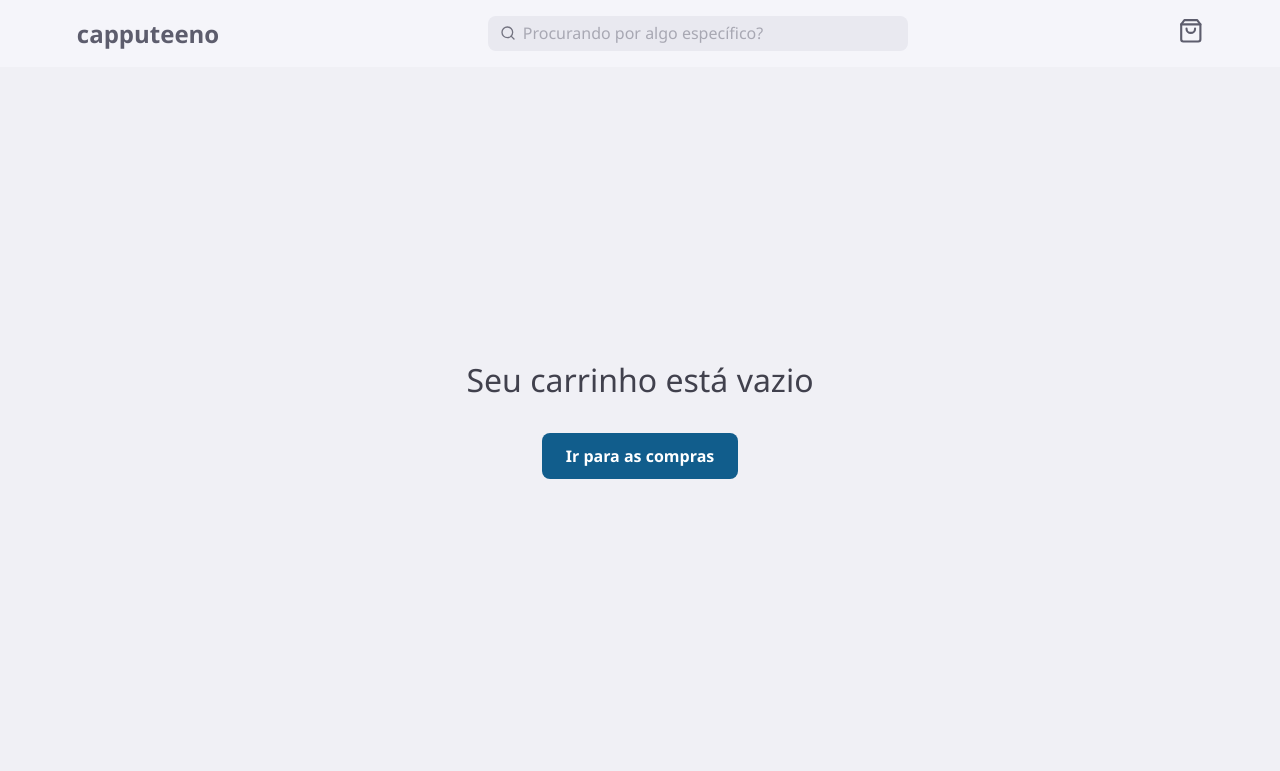
Repository: Biel-barbosa/capputeenoecomerce
Page: /cart
An editor plug-in stored every save of this project. The page is shown before and after the next save, followed by the edit.
The browser window is 1280 px wide. The pictures show the whole page.
Some web fonts or font styles are not loaded; a fallback is used. The project was rebuilt for these pictures with package versions that can differ from the ones it lists, and the page was loaded fresh each time. The framework's server and built-in components were replaced by stand-ins that run in the browser. Also part of the build but not shown: next.config.ts.

Above is the page before, as saved 2025-04-25 15:33:08.

After the next save:
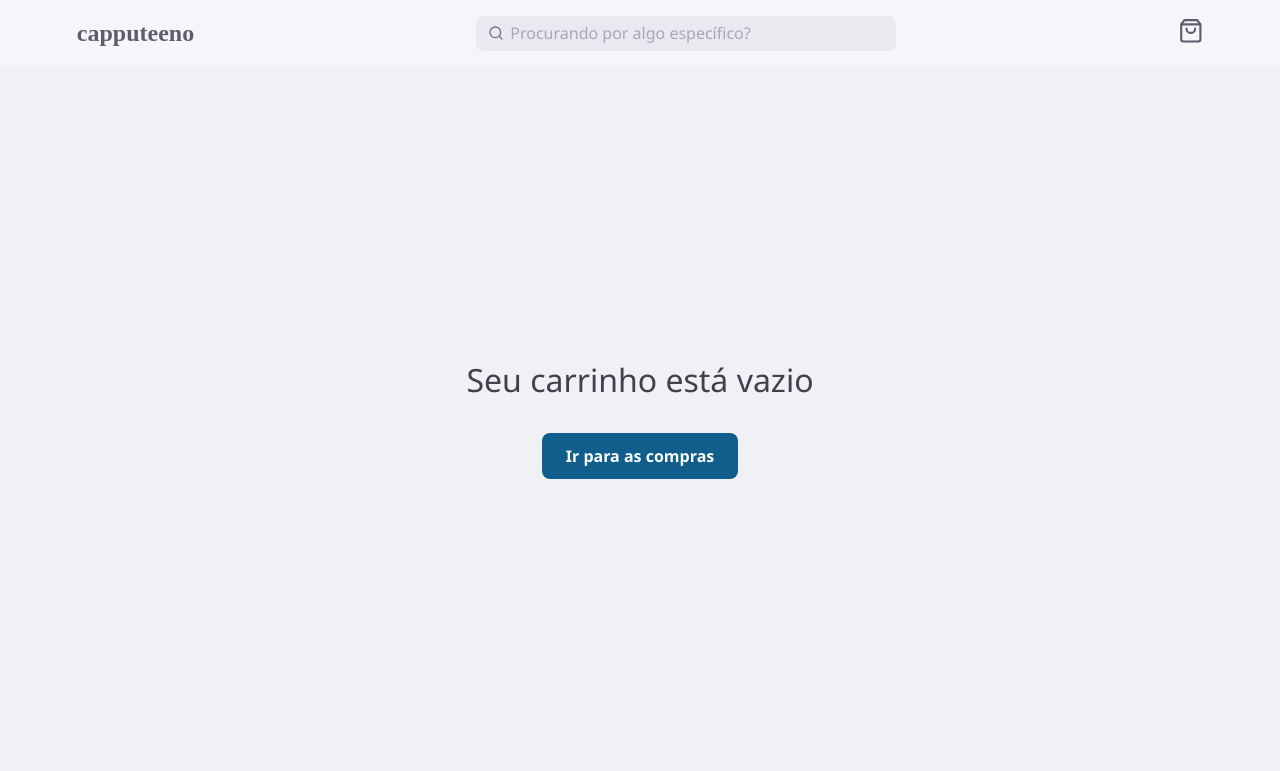
Saved 45 s later.
--- a/src/components/Header.tsx
+++ b/src/components/Header.tsx
@@ -37,6 +37,7 @@
   font-weight: 600;
   color: #5d5d6d;
   white-space: nowrap;
+    font-family: var(--font-saira-stencil);
 
   @media (max-width: 768px) {
     font-size: 1.2rem;

After the save that followed:
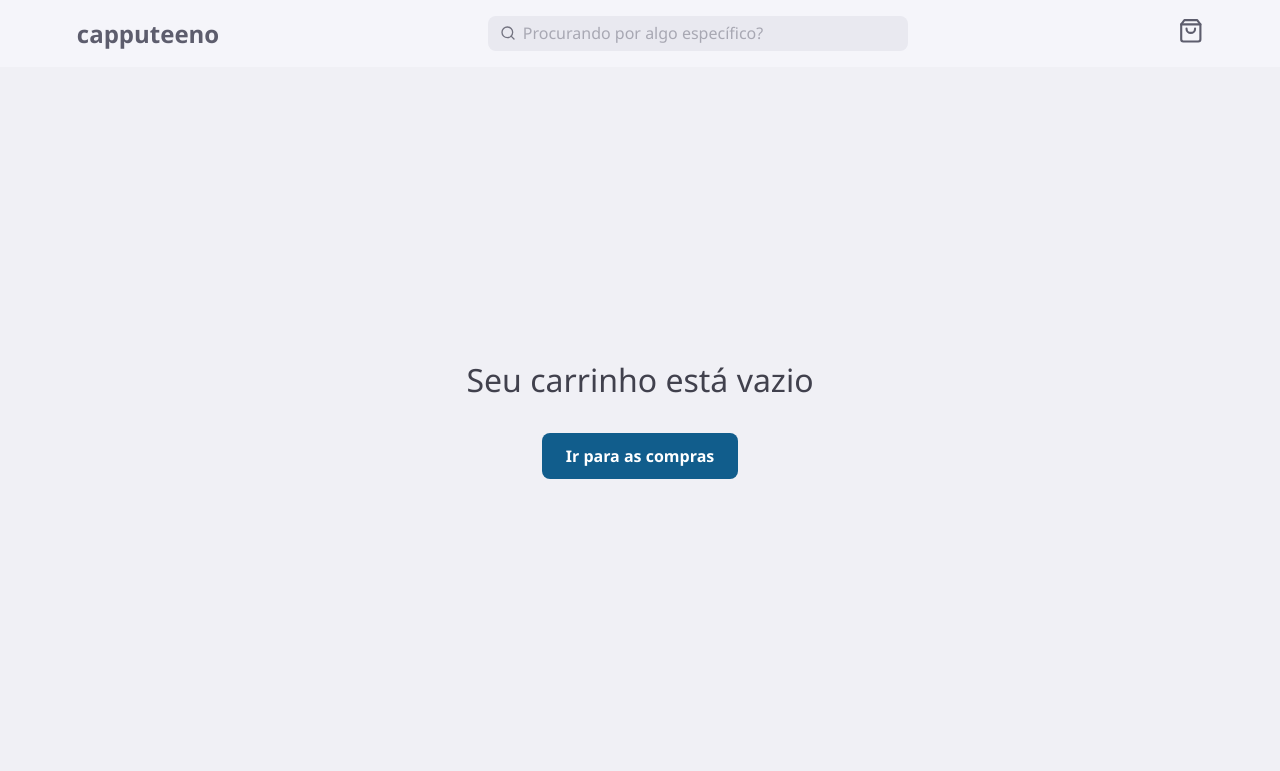
Saved 12 s later.
--- a/src/components/Header.tsx
+++ b/src/components/Header.tsx
@@ -37,7 +37,7 @@
   font-weight: 600;
   color: #5d5d6d;
   white-space: nowrap;
-    font-family: var(--font-saira-stencil);
+
 
   @media (max-width: 768px) {
     font-size: 1.2rem;
